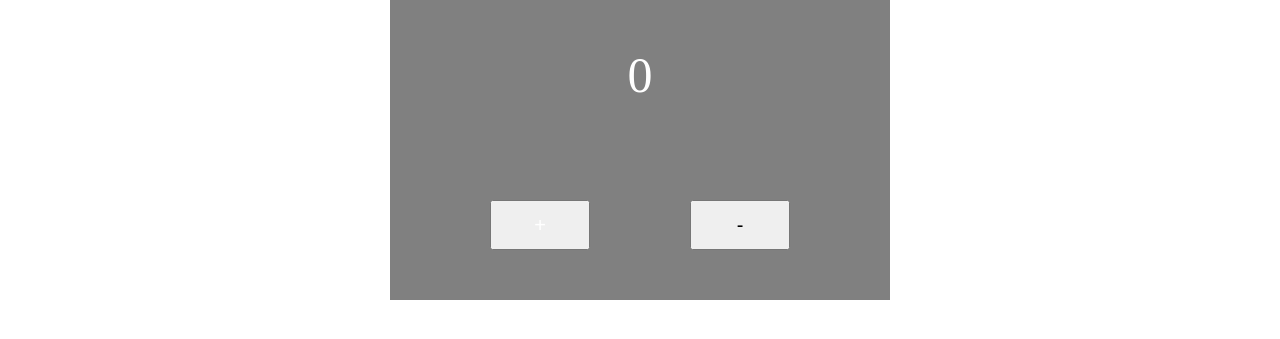
Repository: ls02/VSCode
Page: Java/2022/7-21-1/Test1.html
These files come from the project's save history. The page is drawn as it stood at one moment and after the next save; the edit follows.
The browser window is 1280 px wide. The pictures show the whole page.
The first visible `.parent .ctrl button` is being pressed.

Above is the page before, as saved 2022-07-21 16:01:37.

After the next save:
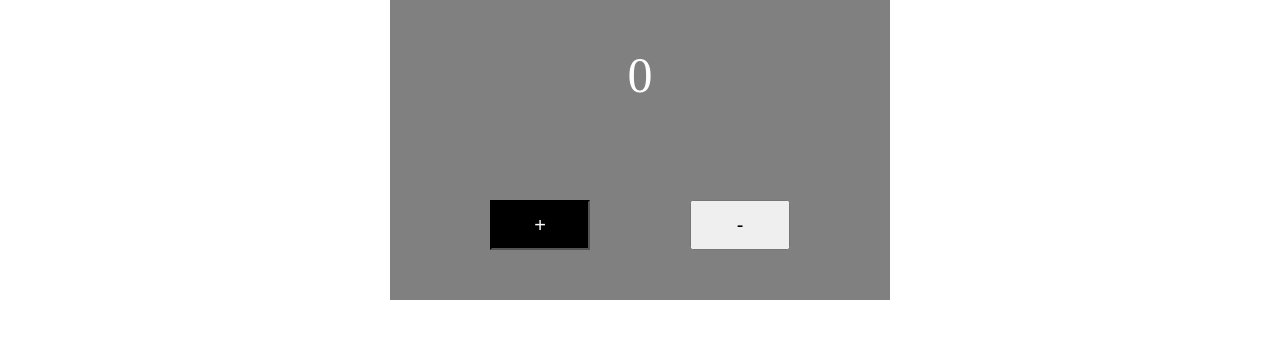
Saved 4 s later.
--- a/Java/2022/7-21-1/Test1.html
+++ b/Java/2022/7-21-1/Test1.html
@@ -60,7 +60,7 @@
 
         .parent .ctrl button:active{
             color: white;
-            background-color: ;
+            background-color: black;
         }
     </style>
 </head>
